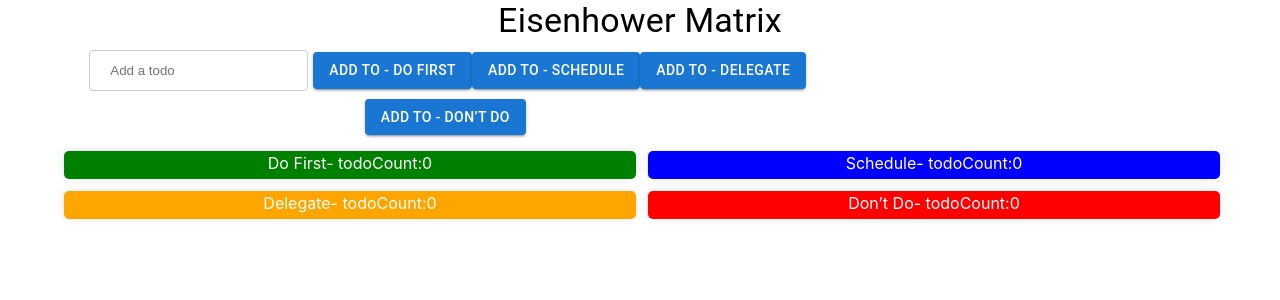
Repository: GokulDev4U/Krixi_react_assignment
Page: /
These files come from the project's save history. The page is drawn as it stood at one moment and after the next save; the edit follows.
The browser window is 1280 px wide. The pictures show the whole page.
The project was rebuilt for these pictures with package versions that can differ from the ones it lists, and the page was loaded fresh each time.

Above is the page before, as saved 2022-04-05 20:02:41.

After the next save:
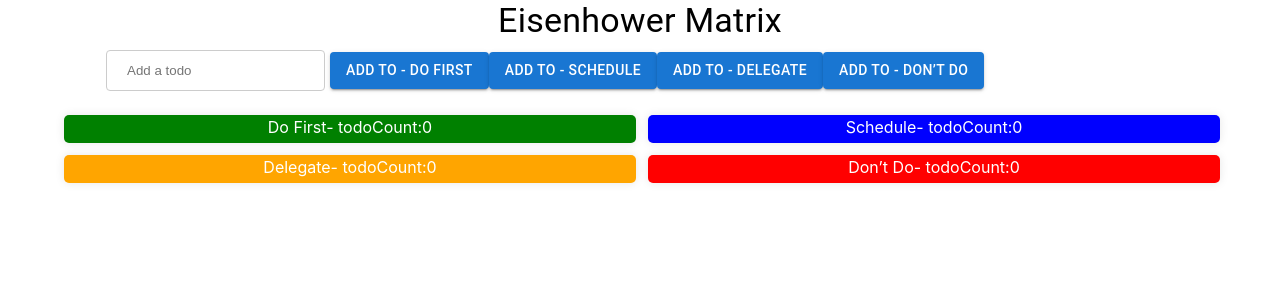
Saved 8 s later.
--- a/src/App.js
+++ b/src/App.js
@@ -129,7 +129,7 @@ function App() {
         <Container sx={{ flexGrow: 1 }}>
           <Typography variant="h4">Eisenhower Matrix</Typography>
           <Grid container spacing={2}>
-            <Grid item xs={8}>
+            <Grid item xs={10}>
               <input
                 type="text"
                 placeholder="Add a todo"
